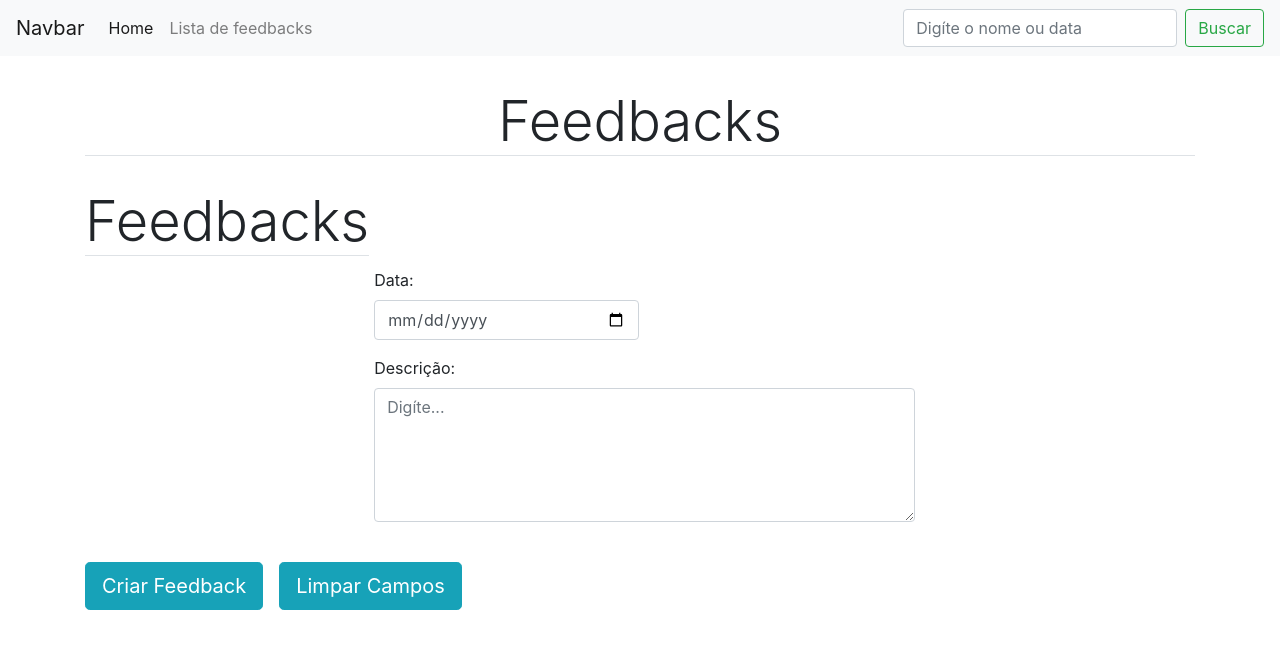
Repository: JulioSantooz/maisViagensSegundaVersao
Page: java-web(eclipse)/java-crud-mais-viagens/src/main/webapp/descricao.html
These files come from the project's save history. The page is drawn as it stood at one moment and after the next save; the edit follows.
The browser window is 1280 px wide. The pictures show the whole page.
Some web libraries are served in a nearby version.

Above is the page before, as saved 2022-02-06 15:40:06.

### java-web(eclipse)/java-crud-mais-viagens/src/main/webapp/descricao.html
<!DOCTYPE html>
<html>
<head>
<meta charset="ISO-8859-1">
<link rel="stylesheet" href="https://maxcdn.bootstrapcdn.com/bootstrap/4.0.0/css/bootstrap.css">
<title>+Viagens - Feedbacks</title>
</head>
<body>

<nav class="navbar navbar-expand-lg navbar-light bg-light">
  <a class="navbar-brand" href="#">Navbar</a>
  <button class="navbar-toggler" type="button" data-toggle="collapse" data-target="#navbarSupportedContent" aria-controls="navbarSupportedContent" aria-expanded="false" aria-label="Toggle navigation">
    <span class="navbar-toggler-icon"></span>
  </button>

  <div class="collapse navbar-collapse" id="navbarSupportedContent">
    <ul class="navbar-nav mr-auto">
      <li class="nav-item active">
        <a class="nav-link" href="index.html">Home <span class="sr-only">(current)</span></a>
      </li>
      <li class="nav-item">
        <a class="nav-link" href="#">Lista de feedbacks</a>
      </li>
    </ul>
    <form class="form-inline my-2 my-lg-0">
      <input name="pesquisa" class="form-control mr-sm-2" type="search" placeholder="Digíte o nome ou data" aria-label="Search">
      <button class="btn btn-outline-success my-2 my-sm-0" type="submit">Buscar</button>
    </form>
  </div>
</nav>

<main class="container text-center mt-3">
	<div class="row">
		<div class="col-12">
			<h1 class="display-4 my-3 border-bottom">Feedbacks</h1>
			<form action="CreateAndFind" method="POST">
			<h1 class="display-4 my-3 border-bottom float-left">Feedbacks</h1><br><br>
                <div class="form-row mt-5 d-flex flex-column">
                    <div class="form-group col-4">
                        <label for="" class="float-left">Data:</label>
                        <input name="data" type="date" class="form-control" id="">
                    </div>
                    <div class="form-group col-8">
                        <label for="" class="float-left">Descrição:</label>
                        <textarea name="descricao" maxlength="300" class="form-control" id="" rows="5" placeholder="Digíte..."></textarea>
                    </div>
                </div>
                <button type="submit" class="btn btn-lg btn-info my-4 float-left">Criar Feedback</button>
                <button type="reset" class="btn btn-lg btn-info ml-3 my-4 float-left">Limpar Campos</button>
            </form>
		</div>
	</div>
</main>


<script src="https://code.jquery.com/jquery-3.2.1.slim.min.js"></script>
<script src="https://cdnjs.cloudflare.com/ajax/libs/popper.js/1.12.9/umd/popper.min.js"></script>
<script src="https://maxcdn.bootstrapcdn.com/bootstrap/4.0.0/js/bootstrap.js"></script>

</body>
</html>

After the next save:
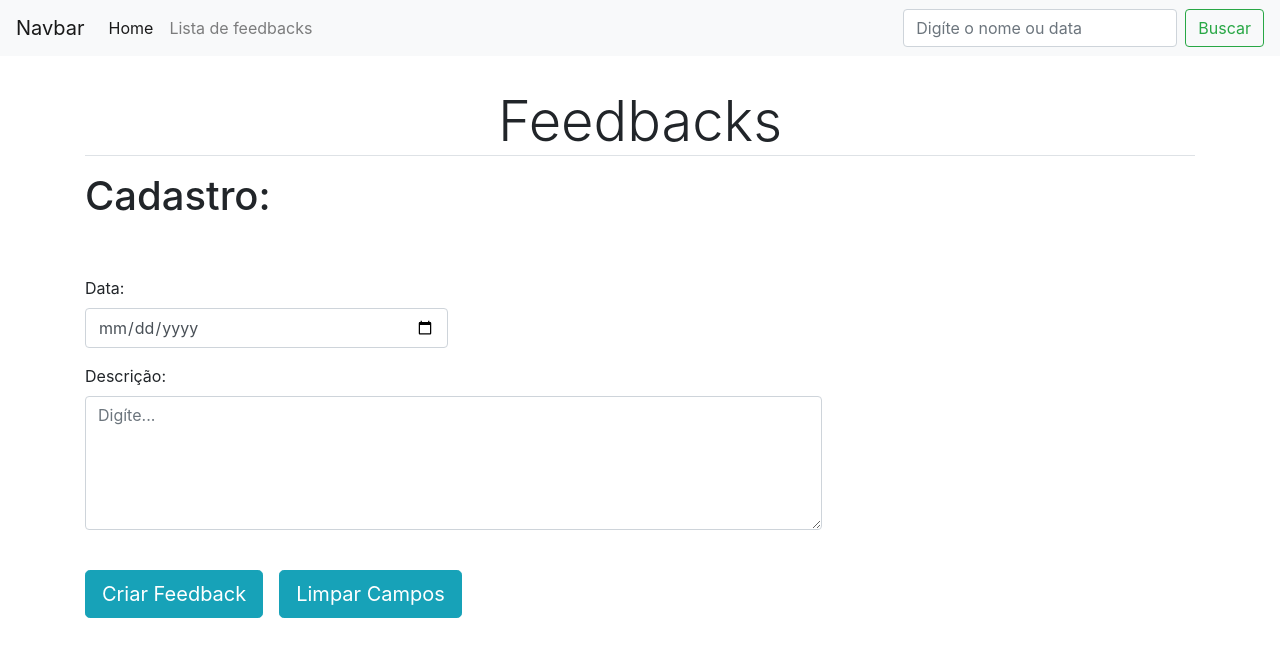
Saved 67 s later.
--- a/java-web(eclipse)/java-crud-mais-viagens/src/main/webapp/descricao.html
+++ b/java-web(eclipse)/java-crud-mais-viagens/src/main/webapp/descricao.html
@@ -33,8 +33,12 @@
 	<div class="row">
 		<div class="col-12">
 			<h1 class="display-4 my-3 border-bottom">Feedbacks</h1>
+			<div class="row">
+				<div class="col-2">
+					<h1>Cadastro:</h1>
+				</div>
+			</div>
 			<form action="CreateAndFind" method="POST">
-			<h1 class="display-4 my-3 border-bottom float-left">Feedbacks</h1><br><br>
                 <div class="form-row mt-5 d-flex flex-column">
                     <div class="form-group col-4">
                         <label for="" class="float-left">Data:</label>
